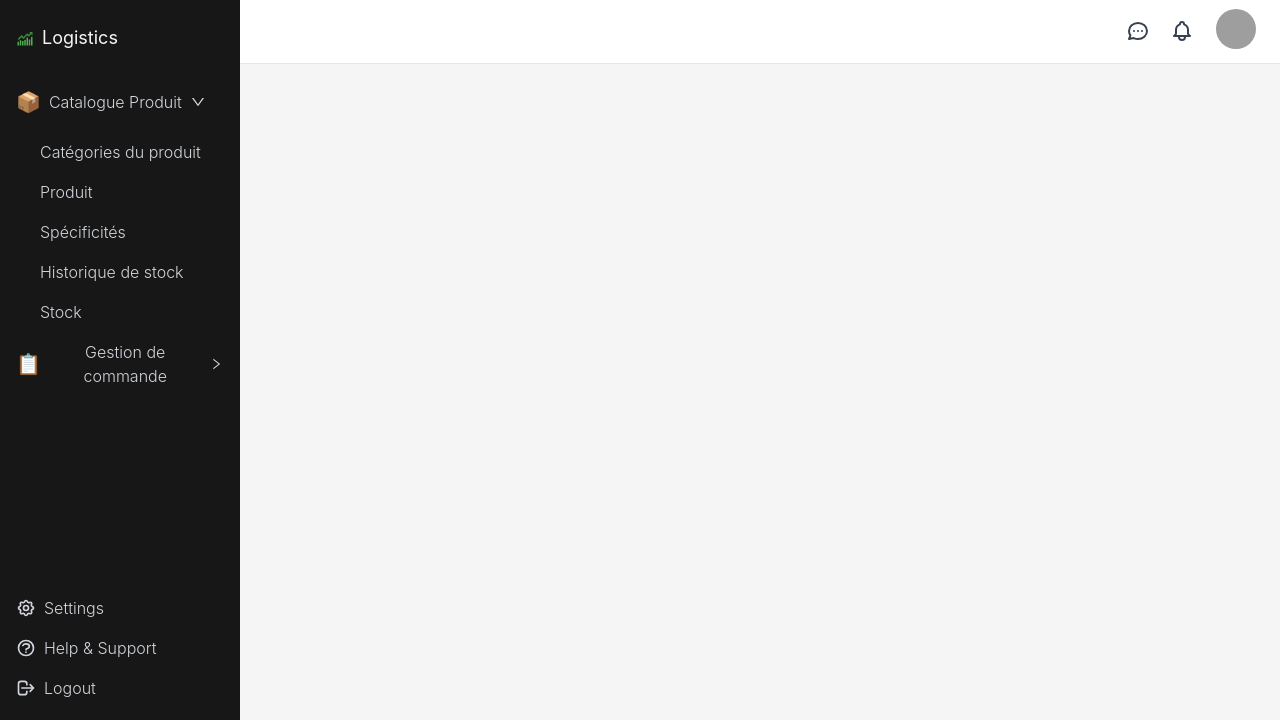
Repository: Mayar2222/Dashboard
Page: /, after clicking the first element matching `button.flex`
An editor plug-in stored every save of this project. The page is shown before and after the next save, followed by the edit.
The browser window is 1280 px wide. The pictures show the whole page.
Pictures or frames that could not be fetched are drawn as grey boxes. The project was rebuilt for these pictures with package versions that can differ from the ones it lists, and the page was loaded fresh each time. Also part of the build but not shown: src/components/CatalogueProduits.jsx, src/components/Categories.jsx.

Above is the page before, as saved 2024-07-28 17:39:23.

### src/App.jsx
import { Route, BrowserRouter as Router, Routes } from "react-router-dom";
import CatalogueProduits from "./components/CatalogueProduits";
import Categories from "./components/Categories";
import Layout from "./components/shared/Layout";

function App() {
  return (
      <Router>
      <Routes>
        <Route path="/"  element={<Layout/>}>
          <Route path="CatalogueProduits"  element={<CatalogueProduits/>}/>
          <Route path="Categories"  element={<Categories/>}/>

          <Route path="login"  element={<div>this login page</div>}/>

        </Route>
      </Routes>
      </Router>
  );
}

export default App;

### src/index.css
@import url('https://fonts.googleapis.com/css2? family=Poppins:wght@400; 600;700&display=swap');


@tailwind base;
@tailwind components;
@tailwind utilities;

@layer base {
    html {
        font-family: 'Inter', sans-serif;
        line-height: 1.3;
    }
    table {
        /* Add any specific styles for the table here if needed */
    }
    th,
    td {
        @apply py-3 px-2.5 text-sm text-left border-y border-gray-200;
    }
    thead {
        @apply bg-neutral-100;
    }
    th {
        @apply font-semibold;
    }
    a {
        @apply text-sky-500 hover:underline;
    }
}

### src/components/shared/Layout.jsx
import React from 'react'
import { Outlet } from 'react-router-dom'
import Header from './Header'
import Sidebar from './Sidebar'
export default function Layout() {
  return (
    <div className='flex flex-row bg-neutral-100 h-screen w-screen overflow-hidden'>
<Sidebar/>
     <div className='flex-1'>
      <Header/>
      <div className='p-4'>{<Outlet/>}</div>

      </div>


    </div>
  )
}

### src/components/shared/Header.jsx
import { Menu, Popover, Transition } from '@headlessui/react';
import React, { Fragment } from 'react';
import { HiOutlineBell, HiOutlineChat } from 'react-icons/hi';

export default function Header() {
  return (
    <div className='bg-white h-16 px-4 flex justify-between items-center border-b border-gray-200'>
      <div className='relative'>

      </div>
      <div className="flex items-center gap-2 mr-2">
        <Popover className="relative">
          {({ open }) => (
            <>
              <Popover.Button
                className={`p-1.5 rounded-sm inline-flex items-center ${open ? 'text-gray-900' : 'text-gray-700 hover:text-gray-900'} focus:outline-none`}
              >
                <HiOutlineChat fontSize={24} />
              </Popover.Button>
              <Transition
                as={Fragment}
                enter="transition ease-out duration-200"
                enterFrom="opacity-0 translate-y-1"
                enterTo="opacity-100 translate-y-0"
                leave="transition ease-in duration-150"
                leaveFrom="opacity-100 translate-y-0"
                leaveTo="opacity-0 translate-y-1"
              >
                <Popover.Panel className="absolute right-0 z-10 mt-2.5 w-80">
                  <div className="bg-white rounded-sm shadow-md ring-1 ring-black ring-opacity-5 px-2 py-2.5">
                    <strong className="text-gray-700 font-medium">Messages</strong>
                    <div className="mt-2">This is the messages panel!</div>
                  </div>
                </Popover.Panel>
              </Transition>
            </>
          )}
        </Popover>

        <Popover className="relative">
          {({ open }) => (
            <>
              <Popover.Button
                className={`p-1.5 rounded-sm inline-flex items-center ${open ? 'text-gray-900' : 'text-gray-700 hover:text-gray-900'} focus:outline-none`}
              >
                <HiOutlineBell fontSize={24} />
              </Popover.Button>
              <Transition
                as={Fragment}
                enter="transition ease-out duration-200"
                enterFrom="opacity-0 translate-y-1"
                enterTo="opacity-100 translate-y-0"
                leave="transition ease-in duration-150"
                leaveFrom="opacity-100 translate-y-0"
                leaveTo="opacity-0 translate-y-1"
              >
                <Popover.Panel className="absolute right-0 z-10 mt-2.5 w-80">
                  <div className="bg-white rounded-sm shadow-md ring-1 ring-black ring-opacity-5 px-2 py-2.5">
                    <strong className="text-gray-700 font-medium">Notifications</strong>
                    <div className="mt-2">This is the notifications panel!</div>
                  </div>
                </Popover.Panel>
              </Transition>
            </>
          )}
        </Popover>

        <Menu as="div" className="relative">
          <div>
            <Menu.Button className="ml-2 inline-flex">
              <span className='sr-only'>Open user menu</span>
              <div className='h-10 w-10 rounded-full bg-sky-500 bg-cover bg-no-repeat bg-center' style={{backgroundImage: 'url("https://images.unsplash.com/photo-1529626455594-4ff0802cfb7e?crop=faces&fit=crop&w=80&h=80&q=80")'}}>
                <span className='sr-only'>Mayar</span>
              </div>
            </Menu.Button>
          </div>
          <Transition
            as={Fragment}
            enter="transition ease-out duration-200"
            enterFrom="opacity-0 translate-y-1"
            enterTo="opacity-100 translate-y-0"
            leave="transition ease-in duration-150"
            leaveFrom="opacity-100 translate-y-0"
            leaveTo="opacity-0 translate-y-1"
          >
            <Menu.Items className="absolute right-0 mt-2 w-48 origin-top-right bg-white border border-gray-200 divide-y divide-gray-100 rounded-md shadow-lg outline-none">
              <div className="px-4 py-3">
                <p className="text-sm">Signed in as</p>
                <p className="text-sm font-medium text-gray-900 truncate">Mayar</p>
              </div>
              <div className="py-1">
                <Menu.Item>
                  {({ active }) => (
                    <a
                      href="/profile"
                      className={`${
                        active ? 'bg-gray-100 text-gray-900' : 'text-gray-700'
                      } flex justify-between w-full px-4 py-2 text-sm leading-5 text-left`}
                    >
                      Your Profile
                    </a>
                  )}
                </Menu.Item>
                <Menu.Item>
                  {({ active }) => (
                    <a
                      href="/settings"
                      className={`${
                        active ? 'bg-gray-100 text-gray-900' : 'text-gray-700'
                      } flex justify-between w-full px-4 py-2 text-sm leading-5 text-left`}
                    >
                      Settings
                    </a>
                  )}
                </Menu.Item>
              </div>
              <div className="py-1">
                <Menu.Item>
                  {({ active }) => (
                    <a
                      href="/logout"
                      className={`${
                        active ? 'bg-gray-100 text-gray-900' : 'text-gray-700'
                      } flex justify-between w-full px-4 py-2 text-sm leading-5 text-left`}
                    >
                      Sign out
                    </a>
                  )}
                </Menu.Item>
              </div>
            </Menu.Items>
          </Transition>
        </Menu>
      </div>
    </div>
  );
}

### src/components/shared/Sidebar.jsx
import React, { useState } from 'react';
import { AiOutlineDown, AiOutlineRight } from 'react-icons/ai';
import { FcBullish } from 'react-icons/fc';
import { HiOutlineLogout } from 'react-icons/hi';
import { Link, useLocation } from 'react-router-dom';
import { DASHBOARD_SIDEBAR_BOTTOM_LINKS, DASHBOARD_SIDEBAR_LINKS } from '../../lib/consts/navigation';

const linkClasses =
  'flex items-center gap-2 font-light px-1 py-2 hover:bg-neutral-700 hover:no-underline active:bg-neutral-600 rounded-sm text-base text-gray-300';

const titleClasses = 'flex items-center gap-2 px-1 py-3 text-neutral-100 text-lg';

export default function Sidebar() {
  const { pathname } = useLocation();
  const [isCatalogueOpen, setIsCatalogueOpen] = useState(false);
  const [isGestionOpen, setIsGestionOpen] = useState(false);

  const toggleCatalogue = () => {
    setIsCatalogueOpen(!isCatalogueOpen);
  };

  const toggleGestion = () => {
    setIsGestionOpen(!isGestionOpen);
  };

  return (
    <div className="bg-neutral-900 w-60 p-3 flex flex-col text-white h-full fixed">
      <div className={titleClasses}>
        <FcBullish />
        <span>Logistics</span>
      </div>
      <div className="flex-1 mt-4">
        <div>
          <button onClick={toggleCatalogue} className={linkClasses}>
            <span className="text-xl">📦</span>
            <span>Catalogue Produit</span>
            {isCatalogueOpen ? <AiOutlineDown /> : <AiOutlineRight />}
          </button>
          {isCatalogueOpen && (
            <div className="ml-6 mt-2">
              <Link to="/categories" className={linkClasses}>
                Catégories du produit
              </Link>
              <Link to="/produit" className={linkClasses}>
                Produit
              </Link>
              <Link to="/spf" className={linkClasses}>
                Spécificités
              </Link>
              <Link to="/historique" className={linkClasses}>
                Historique de stock
              </Link>
              <Link to="/stock" className={linkClasses}>
                Stock
              </Link>
            </div>
          )}
        </div>

        <div>
          <button onClick={toggleGestion} className={linkClasses}>
            <span className="text-xl">📋</span>
            <span>Gestion de commande</span>
            {isGestionOpen ? <AiOutlineDown /> : <AiOutlineRight />}
          </button>
          {isGestionOpen && (
            <div className="ml-6 mt-2">
              <Link to="/commande" className={linkClasses}>
                Commande
              </Link>
              <Link to="/suivi" className={linkClasses}>
                Suivi
              </Link>
              <Link to="/facturation" className={linkClasses}>
                Facturation
              </Link>
            </div>
          )}
        </div>

        {DASHBOARD_SIDEBAR_LINKS.filter(link => link.label !== "Catalogue Produit" && link.label !== "Gestion de commande").map(({ key, path, icon, label }) => (
          <Link
            key={key}
            to={path}
            className={`${linkClasses} ${pathname === path ? 'bg-neutral-700' : ''}`}
          >
            {icon && <span className="text-xl">{icon}</span>}
            <span>{label}</span>
          </Link>
        ))}
      </div>
      <div className="mt-4">
        {DASHBOARD_SIDEBAR_BOTTOM_LINKS.map(({ key, path, icon, label }) => (
          <Link
            key={key}
            to={path}
            className={`${linkClasses} ${pathname === path ? 'bg-neutral-700' : ''}`}
          >
            {icon && <span className="text-xl">{icon}</span>}
            <span>{label}</span>
          </Link>
        ))}
        <Link
          to="/logout" // Adjust the path as needed
          className={linkClasses}
        >
          <HiOutlineLogout className="text-xl" />
          <span>Logout</span>
        </Link>
      </div>
    </div>
  );
}

### src/lib/consts/navigation.jsx
import {
	HiOutlineCog,
	HiOutlineCube,
	HiOutlineQuestionMarkCircle
} from 'react-icons/hi'

export const DASHBOARD_SIDEBAR_LINKS = [

	{
		key: 'CatalogueProduits',
		label: 'Catalogue Produit',
		path: '/CatalogueProduits',
		icon: <HiOutlineCube />
	},



]

export const DASHBOARD_SIDEBAR_BOTTOM_LINKS = [
	{
		key: 'settings',
		label: 'Settings',
		path: '/settings',
		icon: <HiOutlineCog />
	},
	{
		key: 'support',
		label: 'Help & Support',
		path: '/support',
		icon: <HiOutlineQuestionMarkCircle />
	}
]

Loaded but not shown: public/index.html (common file); src/index.js (common file); tailwind.config.js (common file)

After the next save:
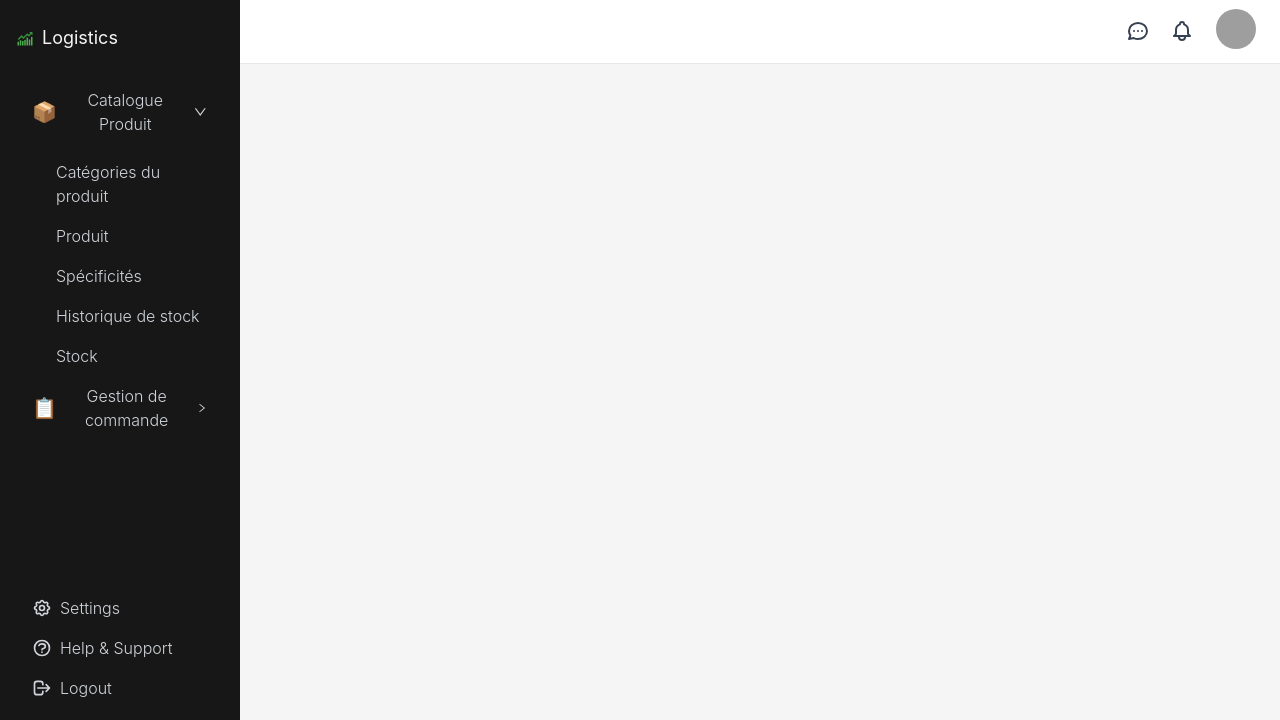
Saved 5 s later.
--- a/src/components/shared/Sidebar.jsx
+++ b/src/components/shared/Sidebar.jsx
@@ -6,7 +6,7 @@ import { Link, useLocation } from 'react-router-dom';
 import { DASHBOARD_SIDEBAR_BOTTOM_LINKS, DASHBOARD_SIDEBAR_LINKS } from '../../lib/consts/navigation';
 
 const linkClasses =
-  'flex items-center gap-2 font-light px-1 py-2 hover:bg-neutral-700 hover:no-underline active:bg-neutral-600 rounded-sm text-base text-gray-300';
+  'flex items-center gap-2 font-light px-5 py-2 hover:bg-neutral-700 hover:no-underline active:bg-neutral-600 rounded-sm text-base text-gray-300';
 
 const titleClasses = 'flex items-center gap-2 px-1 py-3 text-neutral-100 text-lg';
 
